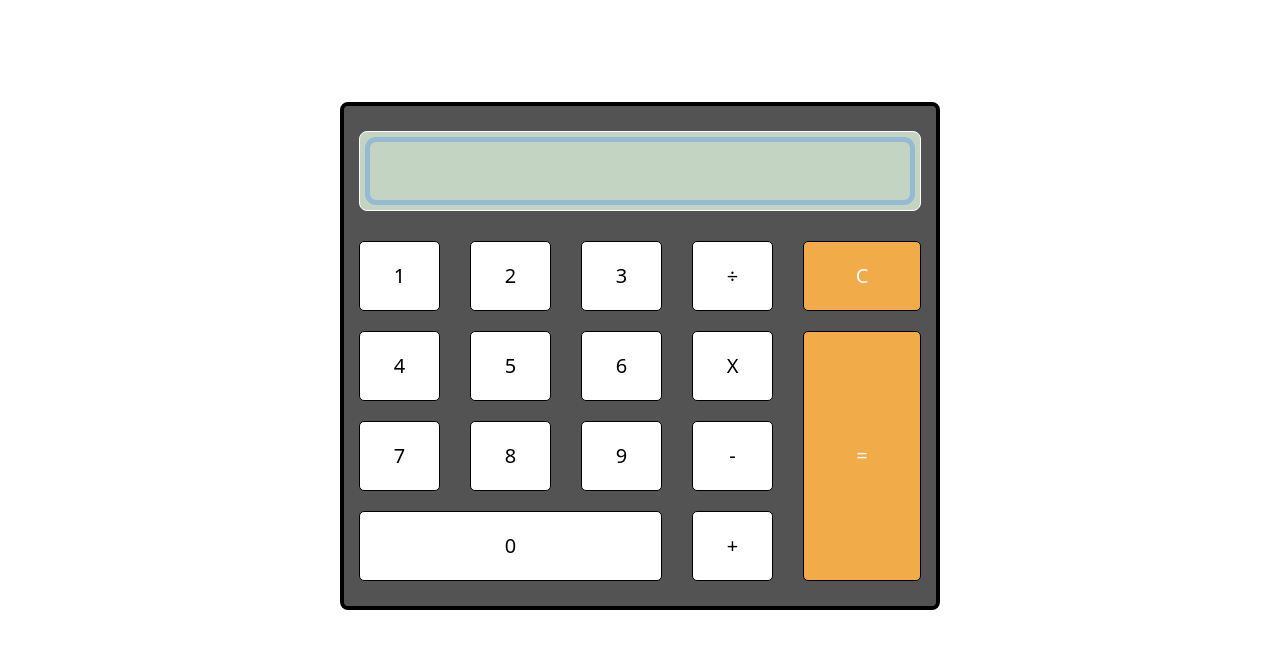
Repository: jsakdalan/CalculatorReactTypescript
Page: /
An editor plug-in stored every save of this project. The page is shown before and after the next save, followed by the edit.
The browser window is 1280 px wide. The pictures show the whole page.
The first visible `.input-group>.form-control` has the focus.
The project was rebuilt for these pictures with package versions that can differ from the ones it lists, and the page was loaded fresh each time. Also part of the build but not shown: src/App.css.

Above is the page before, as saved 2022-06-07 17:50:38.

### src/App.tsx
import  Calculator from './pages/Calculator';
import './App.css';
import 'bootstrap/dist/css/bootstrap.min.css'

export default function App() {

  return(
    <Calculator/>
  )
}

### src/pages/Calculator.tsx
import React from 'react';
import Col from 'react-bootstrap/Col';
import Container from 'react-bootstrap/Container';
import Row from 'react-bootstrap/Row';
import Button from 'react-bootstrap/Button';
import InputGroup from 'react-bootstrap/InputGroup';
import FormControl from 'react-bootstrap/FormControl';
import './Calculator.css'

export default function TextEditor(){

    interface Screen{
        styling: string;
    }

    interface Buttons {
        styling: string;
        btnNumber: string;
    }

    const Screen = (props:Screen) => {
        return(
            <InputGroup size="lg" className={props.styling}>
                    <FormControl
      aria-label="Default"
      aria-describedby="inputGroup-sizing-default"
    />
            </InputGroup>
        )
    }

    const Buttons = (props:Buttons) => {
        return(
            <Button className={props.styling}>
                {props.btnNumber}
            </Button>
        )
    }

    return(
        <>
            <Container className="container">
                <Row>
                    <Col><Screen styling="screen"/></Col>
                </Row>
                <Row>
                    <Col md={9}>
                        <Row>
                            <Col md={12}>
                                <Row>
                                    <Col md={3}><Buttons styling="numerical" btnNumber="1"/></Col>
                                    <Col md={3}><Buttons styling="numerical" btnNumber="2"/></Col>
                                    <Col md={3}><Buttons styling="numerical" btnNumber="3"/></Col>
                                    <Col md={3}><Buttons styling="operational" btnNumber="&#247;"/></Col>
                                </Row>
                            </Col>
                            <Col md={12}>
                                <Row>
                                    <Col md={3}><Buttons styling="numerical" btnNumber="4"/></Col>
                                    <Col md={3}><Buttons styling="numerical" btnNumber="5"/></Col>
                                    <Col md={3}><Buttons styling="numerical" btnNumber="6"/></Col>
                                    <Col md={3}><Buttons styling="operational" btnNumber="X"/></Col>
                                </Row>
                            </Col>
                            <Col md={12}>
                                <Row>
                                    <Col md={3}><Buttons styling="numerical" btnNumber="7"/></Col>
                                    <Col md={3}><Buttons styling="numerical" btnNumber="8"/></Col>
                                    <Col md={3}><Buttons styling="numerical" btnNumber="9"/></Col>
                                    <Col md={3}><Buttons styling="operational" btnNumber="-"/></Col>
                                </Row>
                            </Col>
                            <Col md={12}>
                                <Row>
                                    <Col md={9}><Buttons styling="numerical" btnNumber="0"/></Col>
                                    <Col md={3}><Buttons styling="numerical" btnNumber="+"/></Col>
                                </Row>
                            </Col>
                        </Row>
                    </Col>
                    <Col>
                        <Row>
                            <Col>
                                <Row>
                                    <Col md={12}><Buttons styling="erase" btnNumber="C"/></Col>
                                    <Col md={12}><Buttons styling="equals" btnNumber="="/></Col>
                                </Row>
                            </Col>
                        </Row>
                    </Col>
                </Row>
            </Container>
        </>
    )
}

### src/pages/Calculator.css
*{
    font-weight: bold;
    font-size: 20px;
    text-align: center;
}

.container{
    margin-top:8%;
    max-width: 600px!important;
    width: 400px;
    display: flex;
    flex-direction: column;
    border: 4px solid black;
    padding: 15px!important;
    border-radius: 8px;
    background-color: #535353;
}

.screen{
    width: 100%;
    padding: 10px;
    margin: 10px 0px 20px 0px;
    background-color: #c3d4c3;
    border-radius: 8px;
    border: 0.5px solid white;
}

.input-group>.form-control{
    position: relative;
    flex: 1 1 auto;
    width: 1%;
    background-color: #c3d4c3;
    min-width: 0;
    border: none;
    text-align: right;
}

.input-group>.form-control:focus{
    position: relative;
    flex: 1 1 auto;
    width: 1%;
    background-color: #c3d4c3;
    min-width: 0;
    border: none;
    text-align: right;
}

.btn-primary{
    border:0.5px solid black!important;
}

.numerical{
    background-color: #ffffff!important;
    height: 70px;
    color: black!important;
    width: 100%;
    padding: 10px;
    margin: 10px 0px 10px 0px;
    background-color: #eeeeee;
}

.btn-primary:focus{
    box-shadow: none!important;
}

.btn-primary:active{
    transform: scale(1.2);
    background-color:rgb(170, 170, 170)!important;
    box-shadow: none!important;
}


.operational{
    background-color: #ffffff!important;
    height: 70px;
    color: black!important;
    width: 100%;
    padding: 10px;
    margin: 10px 0px 10px 0px;
}

.equals{
    background-color: #f1ab48!important;
    height: 250px;
    width: 100%;
    padding: 10px;
    margin: 10px 0px 10px 0px;
}

.erase{
    background-color: #f1ab48!important;
    height: 70px;
    width: 100%;
    padding: 10px;
    margin: 10px 0px 10px 0px;
}

Loaded but not shown: public/index.html (common file); src/index.tsx (common file); src/index.css (common file); src/reportWebVitals.ts (common file); public/manifest.json (common file)

After the next save:
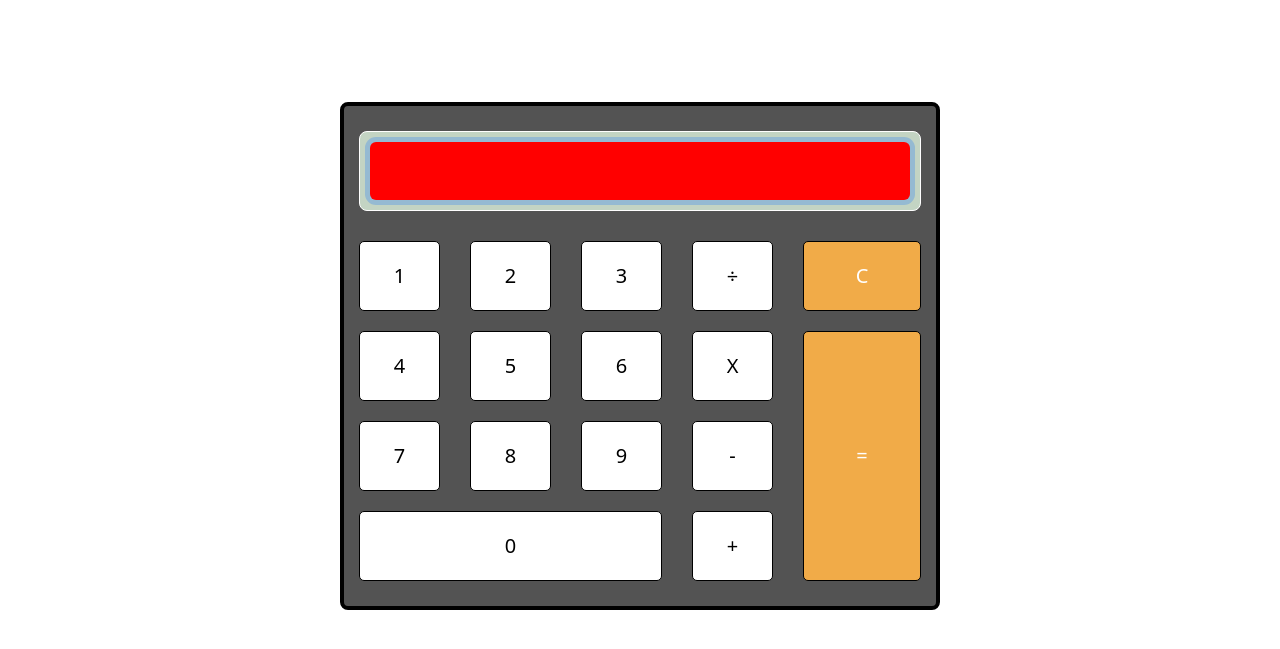
Saved 6 s later.
--- a/src/pages/Calculator.css
+++ b/src/pages/Calculator.css
@@ -36,13 +36,7 @@
 }
 
 .input-group>.form-control:focus{
-    position: relative;
-    flex: 1 1 auto;
-    width: 1%;
-    background-color: #c3d4c3;
-    min-width: 0;
-    border: none;
-    text-align: right;
+    background-color: red;
 }
 
 .btn-primary{
